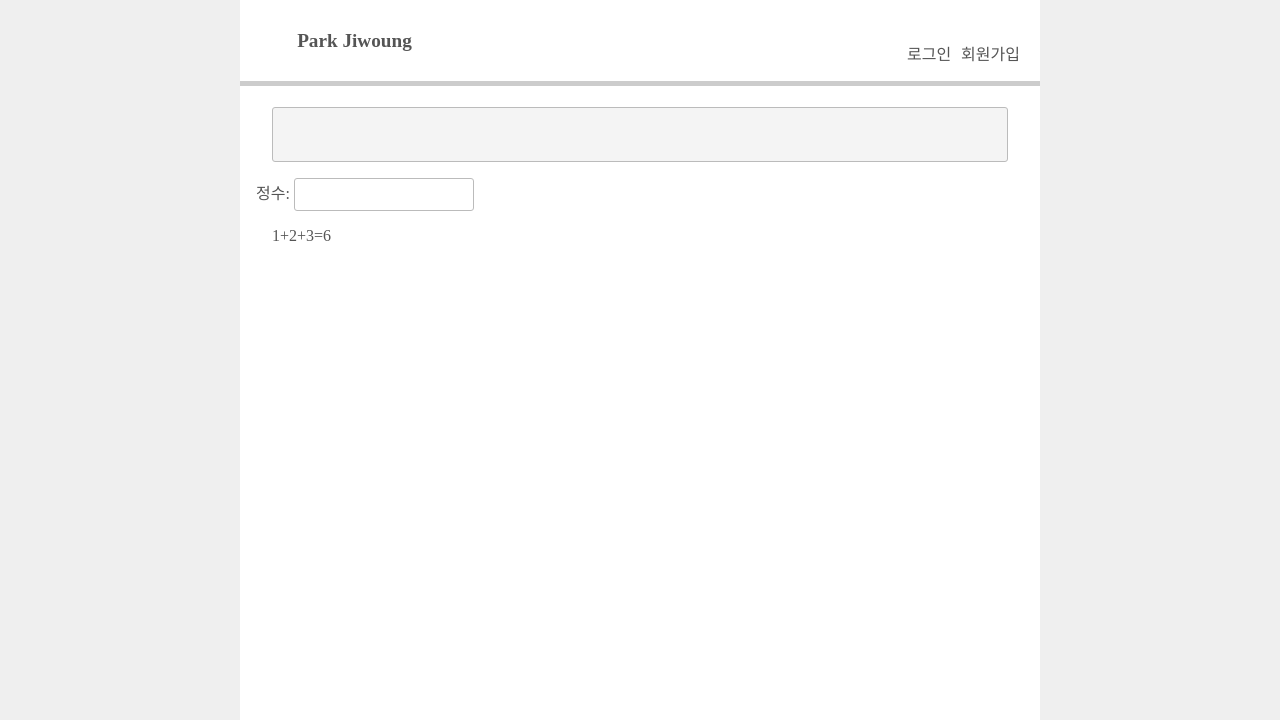
Repository: park-jiwoong/webClass
Page: http://localhost/jspPro/days01/ex03_04.jsp
These files come from the project's save history. The page is drawn as it stood at one moment and after the next save; the edit follows.
The browser window is 1280 px wide. The pictures show the whole page.
Some web fonts or font styles are not loaded; a fallback is used. The page is served by Tomcat 9. Other server files are loaded and not shown.

Above is the page before, as saved 2025-05-21 06:24:51.
Console error: SyntaxError: missing ) after argument list

### JSPClass/jspPro/src/main/webapp/days01/ex03_04.jsp
<%@ page contentType="text/html; charset=UTF-8" pageEncoding="UTF-8"%>
<!DOCTYPE html>
<html>
<head>
<meta charset="UTF-8">
<meta name="viewport" content="width=device-width, initial-scale=1.0">
<link rel="shortcut icon" type="image/x-icon" href="http://localhost/jspPro/images/SiSt.ico">
<title>2025. 5. 21. 오전 10:31:44</title>
<script src="https://ajax.googleapis.com/ajax/libs/jquery/3.7.1/jquery.min.js"></script>
<link rel="stylesheet" href="http://localhost/jspPro/resources/cdn-main/example.css">
<script src="http://localhost/jspPro/resources/cdn-main/example.js"></script>
	<style>
 	span.material-symbols-outlined{
    vertical-align: text-bottom;
 	}
	</style>
</head>
<body>
<header>
    <h1 class="main"><a href="#" style="position: absolute;top:30px;">Park Jiwoung</a></h1>
    <ul>
        <li><a href="#">로그인</a></li>
        <li><a href="#">회원가입</a></li>
    </ul>
</header>
<div>
    <xmp class="code">
    </xmp>

    정수: <input type="text" id="num" autofocus="autofocus">
    <br>
    <p id="demo">1+2+3=6</p>
</div>
    <script type="text/javascript">
    	//on(), one(), off()
    	$("#num")
    		.css("text-align", "center")
    		.on(
    				"keydown":function(e){}
    	"keyup":function(e){}
    		);


    </script>
</body>
</html>

### JSPClass/jspPro/src/main/webapp/resources/cdn-main/example.css
@charset "UTF-8";

@import url('https://fonts.googleapis.com/css2?family=Material+Symbols+Outlined:opsz,wght,FILL,GRAD@20..48,100..700,0..1,-50..200');

@font-face {
    font-family: 'GmarketSansMedium';
    src: url('https://cdn.jsdelivr.net/gh/projectnoonnu/noonfonts_2001@1.1/GmarketSansMedium.woff') format('woff');
    font-weight: normal;
    font-style: normal;
}

:root {
	--text-color: #555;
	--sub-text-color: #777;
	--back-color: #EFEFEF;
	--header-color: #444;
	--primary-color: #DEDEDE;
	--secondary-color: #EFEFEF;
	--default-width: 800px;
	--narrow-width: 500px;
	--wide-width: 1200px;
	--text-font: 'GmarketSansMedium';
	--icon-font: 'Material Symbols Outlined';
	--border-color: #CCC;
}

html, body {
	margin: 0;
	padding: 0;
}

html {
	background-color: var(--back-color);
	display: flex;
	justify-content: center;
	min-height: 100vh;
}

body, body.default {
	width: var(--default-width);
	background-color: white;
	padding-bottom: 120px;
}

body.wide {
	width: var(--wide-width);
}

body.narrow {
	width: var(--narrow-width);
}



body, p, div, span, a, input, select, option, textarea, button, table, th, td, label, fieldset, legend {
	font-family: var(--text-font);
	color: var(--text-color);
}

h1, h2, h3 {
	font-family: var(--text-font);
	color: var(--header-color);
	padding: 0 1rem;
	padding-top: .5rem;
}

div > h1, div > h2, div > h3 {
	padding: 0;
}

body > div, body > main > div {
	padding: 0.3rem 1rem;
}


h1 { font-size: 2rem; border-bottom: 1px solid var(--border-color); }
h1 small { font-size: 1.2rem; color: var(--sub-text-color); }
h2 { font-size: 1.5rem; border-bottom: 1px dashed var(--border-color); }
h2 small { font-size: 1.1rem; color: --sub-text-color; }
h3 { font-size: 1.2rem; }
h3 small { font-size: 1rem; color: --sub-text-color; }



h1.main::before {
	font-family: var(--icon-font);
  	content: '\e666';
  	margin-right: 10px;
  	float: left;
	font-size: 2.5rem;
}

h1.sub::before {
	font-family: var(--icon-font);
  	content: '\ea19';
  	margin-right: 10px;
  	float: left;
	font-size: 2.5rem;
}


h1.page::before {
	font-family: var(--icon-font);
  	content: '\e0e0';
  	margin-right: 10px;
  	float: left;
	font-size: 2.5rem;
}

body > header > ul > li > .active{
	background-color: #FFF;
	color:#F00;
}

body > header {
	display: flex;
	justify-content: space-between;
	border-bottom: 5px solid var(--border-color);
	min-height: 74px;
	background-color: #FFF;
}

body > header.sticky {
	position: sticky;
	top: 0;
	z-index: 98;
}

body > header > h1 {
	font-size: 1.2rem;
	border: 0;
}

body > header.in > h1::before {
	font-family: var(--icon-font);
  	content: '\e332‥';
  	margin-right: 3px;
  	float: left;
	font-size: 2rem;
}


body > header > ul {
	list-style-type: none;
	display: flex;
	align-items: flex-end;
	margin-right: 10px;
}

body > header > ul > li {
	margin-right: 10px;
	cursor: pointer;
}

body > header > ul > li > a {
	cursor: pointer;
}


form {
	display: block;
}

form > div {
	padding: 0.3rem 1rem;
}

div > form > div {
	padding: 0.3rem 0;
}

input, textarea, button, select {
	border: 1px solid #BBB;
	border-radius: 3px;
	outline: none;
	resize: none;
	padding: 7px;
	margin: 0;
}

input[type=text]:read-only, textarea:read-only {
	cursor: not-allowed;
	background-color: #FFF;
}

input[type=text]:disabled, textarea:disabled {
	cursor: not-allowed;
	background-color: #EEE;
}

input[type=text], input[type=password], textarea, button, select {
	/* width: 300px; */
}

textarea {
	display: block;
	height: 100px;
}

input[type=button], input[type=submit], button {
	/* width: inherit; */
}

input.short, textarea.short, button.short, select.short {
	width: 100px;
}

input.long, textarea.long, button.long, select.long {
	width: 350px;
}

.narrow input.long, .narrow textarea.long, .narrow button.long, .narrow select.long {
	width: calc(100% - 20px);
}

input.full, textarea.full, button.full, select.full {
	width: calc(100% - 20px);
}

textarea.short {
	height: 50px;
}

textarea.long {
	height: 100px;
}

textarea.full {
	height: 200px;
}

input, textarea {
	padding-top: 8px;
}

input[type=button], input[type=submit], button {
	padding: 5px 10px;
	background-color: var(--secondary-color);
	cursor: pointer;
	min-height: 36px;
}

input[type=button].primary, input[type=submit].primary, button.primary {
	/* background-color: rgba(100, 149, 237, .2); */
	background-color: var(--primary-color);
}

input[type=button].primary:hover, input[type=submit].primary:hover, button.primary:hover {
	/* background-color: rgba(100, 149, 237, .3); */
	background-color: var(--secondary-color);
}

input[type=button]:hover, input[type=submit]:hover, button:hover {
	background-color: var(--primary-color);
}

button {
	position: relative;
	left: 0;
	top: 0;
	padding-left: 35px;
}

button .material-symbols-outlined {
	position: absolute;
	left: 10px;
	top: 4px;
}

/* k2nik add */
button.login::before {
	font-family: var(--icon-font);
  	content: '\ea77';
	position: absolute;
	left: 11px;
	top: 4px;
	font-size: 1.25rem;
}

/* k2nik logout */
button.logout::before {
	font-family: var(--icon-font);
  	content: '\e9ba';
	position: absolute;
	left: 11px;
	top: 4px;
	font-size: 1.25rem;
}

/* k2nik help */
button.help::before {
	font-family: var(--icon-font);
  	content: '\f1c0';
	position: absolute;
	left: 11px;
	top: 4px;
	font-size: 1.25rem;
}

button.add::before{
	font-family: var(--icon-font);
  	content: '\e746';
	position: absolute;
	left: 11px;
	top: 4px;
	font-size: 1.25rem;
}

button.back::before {
	font-family: var(--icon-font);
  	content: '\e166';
	position: absolute;
	left: 11px;
	top: 4px;
	font-size: 1.25rem;
}

button.list::before {
	font-family: var(--icon-font);
  	content: '\e0ee';
	position: absolute;
	left: 11px;
	top: 4px;
	font-size: 1.25rem;
}


button.del::before {
	font-family: var(--icon-font);
  	content: '\e872';
	position: absolute;
	left: 11px;
	top: 4px;
	font-size: 1.25rem;
}

button.alldel::before {
	font-family: var(--icon-font);
  	content: '\e92b';
	position: absolute;
	left: 11px;
	top: 4px;
	font-size: 1.25rem;
}


button.edit::before {
	font-family: var(--icon-font);
  	content: '\e745';
	position: absolute;
	left: 11px;
	top: 4px;
	font-size: 1.25rem;
}


button.login::before {
	font-family: var(--icon-font);
  	content: '\ea77';
	position: absolute;
	left: 11px;
	top: 4px;
	font-size: 1.25rem;
}


button.logout::before {
	font-family: var(--icon-font);
  	content: '\e9ba';
	position: absolute;
	left: 11px;
	top: 4px;
	font-size: 1.25rem;
}


button.in::before {
	font-family: var(--icon-font);
  	content: '\f71a';
	position: absolute;
	left: 11px;
	top: 4px;
	font-size: 1.25rem;
}


button.out::before {
	font-family: var(--icon-font);
  	content: '\f70e';
	position: absolute;
	left: 11px;
	top: 4px;
	font-size: 1.25rem;
}


button.reply::before {
	font-family: var(--icon-font);
  	content: '\e15e';
	position: absolute;
	left: 11px;
	top: 4px;
	font-size: 1.25rem;
}


button.comment::before {
	font-family: var(--icon-font);
  	content: '\e0b9';
	position: absolute;
	left: 11px;
	top: 4px;
	font-size: 1.25rem;
}


button.modal::before {
	font-family: var(--icon-font);
  	content: '\e89e';
	position: absolute;
	left: 11px;
	top: 4px;
	font-size: 1.25rem;
}


button.ok::before {
	font-family: var(--icon-font);
  	content: '\e86c';
	position: absolute;
	left: 11px;
	top: 4px;
	font-size: 1.25rem;
}


button.cancel::before {
	font-family: var(--icon-font);
  	content: '\e5c9';
	position: absolute;
	left: 11px;
	top: 4px;
	font-size: 1.25rem;
}

button.search::before {
	font-family: var(--icon-font);
  	content: '\e8b6';
	position: absolute;
	left: 11px;
	top: 4px;
	font-size: 1.25rem;
}

button.home::before {
	font-family: var(--icon-font);
  	content: '\e88a';
	position: absolute;
	left: 11px;
	top: 4px;
	font-size: 1.25rem;
}


button.sidebar::before {
	font-family: var(--icon-font);
  	content: '\f7e4';
	position: absolute;
	left: 11px;
	top: 4px;
	font-size: 1.25rem;
}


button.sidebar-right::before {
	font-family: var(--icon-font);
  	content: '\f7e5';
	position: absolute;
	left: 11px;
	top: 4px;
	font-size: 1.25rem;
}




button::before {
	font-family: var(--icon-font);
  	content: '\e323';
	position: absolute;
	left: 11px;
	top: 4px;
	font-size: 1.25rem;
}


table {
	border-collapse: collapse;
	margin: 1rem;
	box-sizing: border-box;
	width: calc(100% - 32px);
}

table.content {
	width: auto;
}

div > table {
	margin: 0;
}

table th, table td {
	border: 1px solid var(--border-color);
	padding: 7px;
	font-weight: normal;
}

table th {
	background-color: var(--back-color);
}

table.vertical th {
	width: 150px;
}

table.vertical td {
	width: calc(100% - 182px);
	padding-left: 10px;
}

table.content td, table.content th {
	width: auto;
}

body.narrow table.vertical th {
	width: 100px;
}

body.narrow table.vertical td {
	width: calc(100% - 182px);
}


table + table {
	margin-top: 30px;
}


p {
	padding: 0 1rem;
}

a {
	text-decoration: none;
}

a:hover {
	color: rgba(255, 99, 71, .7);
}

hr {
	border: 0;
	border-top: 1px solid var(--border-color);
	margin: 2rem 0;
}

.message {
	border: 1px solid var(--border-color);
	background-color: #EFEFEF;
	margin: 1rem;
	width: auto;
	padding-top: 10px;
	padding-bottom: 10px;
	font-size: 14px;
}

.message[title]::before {
	content: attr(title);
	display: block;
	border-bottom: 1px solid var(--border-color);
	padding-bottom: 5px;
	margin-bottom: 10px;
	margin-top: 7px;
}

.message.short {
	max-width: 250px;
}

.message.long {
	max-width: 500px;
}

.badge {
	float: right;
	font-size: .8rem;
	margin-top: 2px;
	margin-right: 2px;
	text-shadow: 0 0 7px gray;
}

.badge.left {
	float: none;
	margin-left: 2px;
}

.badge.right {
	float: right;
}

.badge.red {
	border-radius: 50%;
	padding: 2px 5px;
	background-color: rgb(255, 99, 71, .3);
}

.badge.yellow {

	border-radius: 50%;
	padding: 2px 5px;
	background-color: rgb(255, 215, 0, .5);
}

.badge.blue {
	border-radius: 50%;
	padding: 2px 5px;
	background-color: rgb(100, 149, 237, .3);
}

label + label {
	margin-left: 7px;
}

label input[type=checkbox], label input[type=radio] {
	transform: translate(0, 1px);
}

.group {
	display: flex;
}

.modal-content .group {
	margin-bottom: .5rem;
}

.group label {
	border: 1px solid #BBB;
	border-radius: 3px;
	outline: none;
	resize: none;
	padding: 7px 14px;
	margin: 0;
	border-top-right-radius: 0;
	border-bottom-right-radius: 0;
	background-color: #EFEFEF;
	white-space: nowrap;
	font-size: 14px;
}

.group input[type=text] {
	margin-left: -1px;
	border-top-left-radius: 0;
	border-bottom-left-radius: 0;
}

.group select {
	margin-left: -1px;
	border-top-left-radius: 0;
	border-bottom-left-radius: 0;
}

.group input.full[type=text] {
	margin-left: -1px;
	border-top-left-radius: 0;
	border-bottom-left-radius: 0;
	width: 100%;
}

.group input[type=button]:first-child, .group button:first-child {
	border-top-left-radius: 3px;
	border-bottom-left-radius: 3px;
	margin-left: 0px;
}

.group input[type=button], .group button {
	border-radius: 0;
	margin-left: -1px;
}

.group input[type=button]:last-child, .group button:last-child {
	margin-left: -1px;
	border-top-right-radius: 3px;
	border-bottom-right-radius: 3px;
}

.seperate {
	display: flex;
	justify-content: space-between;
}

div.list {
	width: max-content;
	margin: 1rem;
	border: 1px solid #BBB;
	border-radius: 3px;
	padding: 0;
}

div.list.full {
	width: auto;
	display: block;
	margin: 1rem;
	border: 1px solid #BBB;
	border-radius: 3px;
	padding: 0;
}

div.list > div {
	padding: .5rem 1rem;
	margin: 0;
	border-bottom: 1px solid #BBB;
}

div.list > div:last-child {
	border-bottom: 0;
}

pre.code , xmp.code{
	font-family: consols;
	background-color: rgba(150, 150, 150, .1);
	border: 1px solid #BBB;
	border-radius: 3px;
	padding: .5rem 1rem;
	padding-bottom: .6rem;
	margin: 1rem;
}




*[data-modal-window] {
	position: fixed;
	background-color: rgba(0, 0, 0, .3);
	left: 0;
	top: 0;
	display: none;
	justify-content: center;
	align-items: flex-start;
	width: 100%;
	min-height: 100vh;
	z-index: 100;
	opacity: 0;
	transition: 500ms all;
}

*[data-modal-window] .modal-container {
	border-radius: 5px;
	padding: 1rem;
	padding-bottom: .5rem;
	margin-top: -500px;
	opacity: 0;
	width: 500px;
	background-color: #FFF;
	margin-right: 2rem;
	transition: 500ms all;
}

*[data-modal-size=content] .modal-container {
	width: auto;
}

*[data-modal-size=narrow] .modal-container {
	width: 300px;
}

*[data-modal-size=wide] .modal-container {
	width: 760px;
}


*[data-modal-window] .modal-header {
	border-bottom: 1px solid var(--border-color);
	padding: 2px 5px;
}

*[data-modal-window] .modal-content {
	padding: 1rem 5px;
}

*[data-modal-window] .modal-content div:last-child {
	margin-top: 1rem;
	text-align: right;
}



*[data-sidebar-window] {
	position: fixed;
	background-color: #FFF;
	left: 0;
	top: 0;
	display: block;
	width: 300px;
	border-right: 1px solid var(--border-color);
	box-sizing: border-box;
	box-shadow: 0 0 3px var(--back-color);
	min-height: 100vh;
	z-index: 99;
	transform: translate(-300px, 0);
	transition-duration: 500ms;
	transition-property: transform;
}

*[data-sidebar-direction=right] {
	left: auto;
	right: 0;
	transform: translate(300px, 0);
	border-left: 1px solid var(--border-color);
}

*[data-sidebar-size=wide] {
	width: 500px;
	transform: translate(-500px, 0);
}

*[data-sidebar-window] .sidebar-title {
	border-bottom: 1px solid var(--border-color);
	margin-top: 20px;
	margin-bottom: 20px;
	padding-bottom: 5px;
	display: flex;
	justify-content: space-between;
}

*[data-sidebar-window] .sidebar-title span:last-child {
	cursor: pointer;
}


/* K2Nik pagination */
.center {
  text-align: center;
}

.pagination {
  display: inline-block;
}

.pagination a {
  color: black;
  float: left;
  padding: 3px 6px;
  text-decoration: none;
  transition: background-color .3s;
  border: 1px solid #ddd;
  margin: 0 3px;
}

.pagination a.active {
  background-color: #4CAF50;
  color: white;
  border: 1px solid #4CAF50;
}

.pagination a:hover:not(.active) {background-color: #ddd;}

Loaded but not shown: JSPClass/jspPro/src/main/webapp/resources/cdn-main/example.js (141 lines, source omitted)

After the next save:
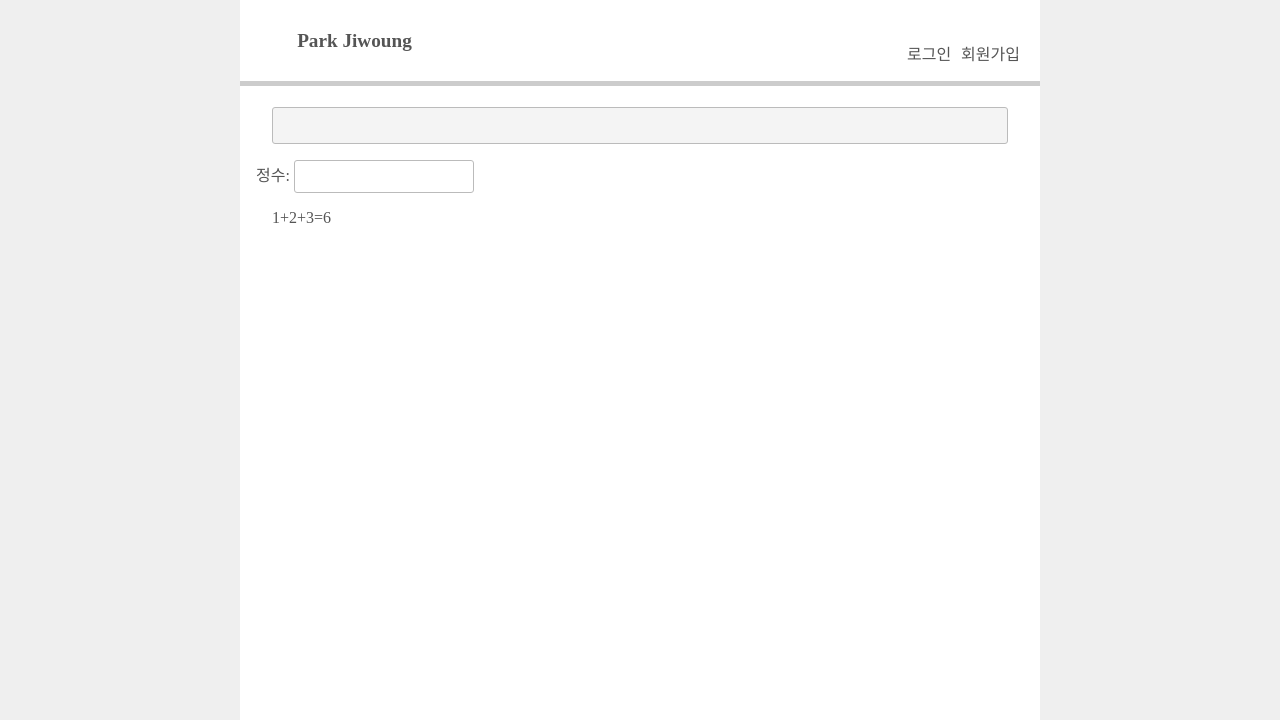
Saved 7 s later.
--- a/JSPClass/jspPro/src/main/webapp/days01/ex03_04.jsp
+++ b/JSPClass/jspPro/src/main/webapp/days01/ex03_04.jsp
@@ -4,34 +4,37 @@
 <head>
 <meta charset="UTF-8">
 <meta name="viewport" content="width=device-width, initial-scale=1.0">
-<link rel="shortcut icon" type="image/x-icon" href="http://localhost/jspPro/images/SiSt.ico">
+<link rel="shortcut icon" type="image/x-icon"
+	href="http://localhost/jspPro/images/SiSt.ico">
 <title>2025. 5. 21. 오전 10:31:44</title>
-<script src="https://ajax.googleapis.com/ajax/libs/jquery/3.7.1/jquery.min.js"></script>
-<link rel="stylesheet" href="http://localhost/jspPro/resources/cdn-main/example.css">
+<script
+	src="https://ajax.googleapis.com/ajax/libs/jquery/3.7.1/jquery.min.js"></script>
+<link rel="stylesheet"
+	href="http://localhost/jspPro/resources/cdn-main/example.css">
 <script src="http://localhost/jspPro/resources/cdn-main/example.js"></script>
-	<style>
- 	span.material-symbols-outlined{
-    vertical-align: text-bottom;
- 	}
-	</style>
+<style>
+span.material-symbols-outlined {
+	vertical-align: text-bottom;
+}
+</style>
 </head>
 <body>
-<header>
-    <h1 class="main"><a href="#" style="position: absolute;top:30px;">Park Jiwoung</a></h1>
-    <ul>
-        <li><a href="#">로그인</a></li>
-        <li><a href="#">회원가입</a></li>
-    </ul>
-</header>
-<div>
-    <xmp class="code">
-    </xmp>
+	<header>
+		<h1 class="main">
+			<a href="#" style="position: absolute; top: 30px;">Park Jiwoung</a>
+		</h1>
+		<ul>
+			<li><a href="#">로그인</a></li>
+			<li><a href="#">회원가입</a></li>
+		</ul>
+	</header>
+	<div>
+		<xmp class="code"> </xmp>
 
-    정수: <input type="text" id="num" autofocus="autofocus">
-    <br>
-    <p id="demo">1+2+3=6</p>
-</div>
-    <script type="text/javascript">
+		정수: <input type="text" id="num" autofocus="autofocus"> <br>
+		<p id="demo">1+2+3=6</p>
+	</div>
+	<script type="text/javascript">
     	//on(), one(), off()
     	$("#num")
     		.css("text-align", "center")

After the save that followed:
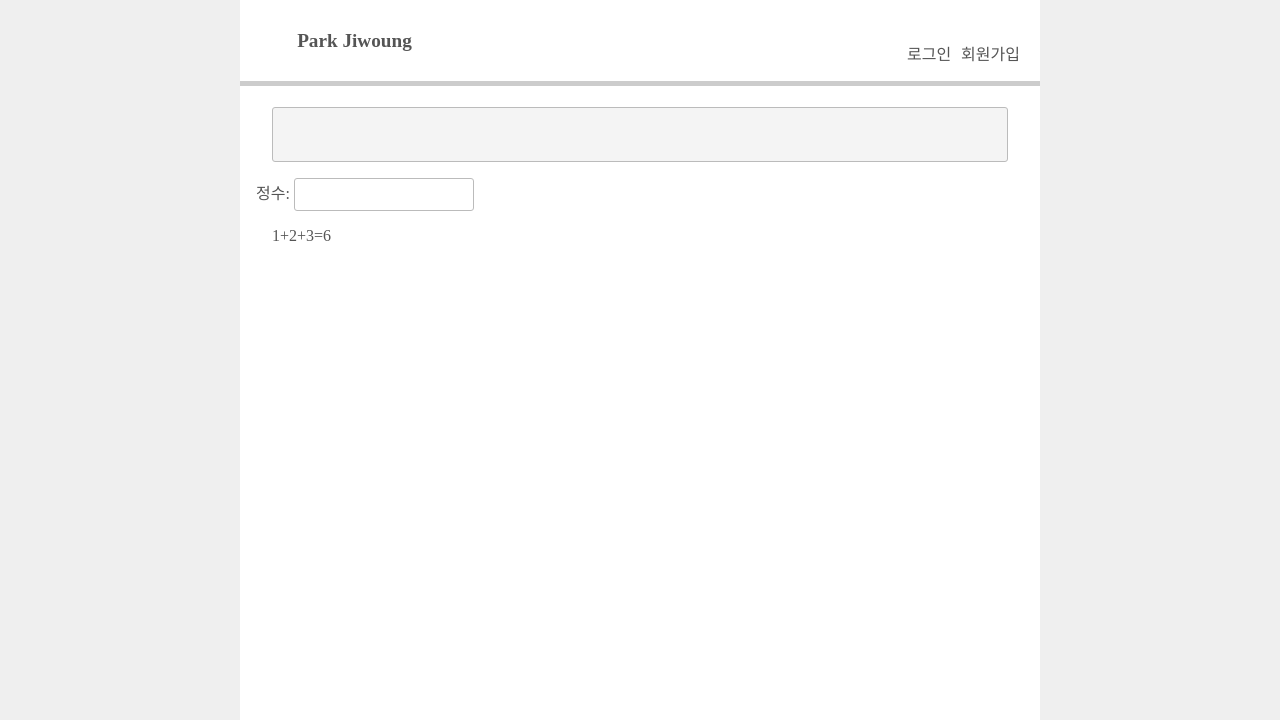
Saved 5 s later.
--- a/JSPClass/jspPro/src/main/webapp/days01/ex03_04.jsp
+++ b/JSPClass/jspPro/src/main/webapp/days01/ex03_04.jsp
@@ -4,43 +4,40 @@
 <head>
 <meta charset="UTF-8">
 <meta name="viewport" content="width=device-width, initial-scale=1.0">
-<link rel="shortcut icon" type="image/x-icon"
-	href="http://localhost/jspPro/images/SiSt.ico">
+<link rel="shortcut icon" type="image/x-icon" href="http://localhost/jspPro/images/SiSt.ico">
 <title>2025. 5. 21. 오전 10:31:44</title>
-<script
-	src="https://ajax.googleapis.com/ajax/libs/jquery/3.7.1/jquery.min.js"></script>
-<link rel="stylesheet"
-	href="http://localhost/jspPro/resources/cdn-main/example.css">
+<script src="https://ajax.googleapis.com/ajax/libs/jquery/3.7.1/jquery.min.js"></script>
+<link rel="stylesheet" href="http://localhost/jspPro/resources/cdn-main/example.css">
 <script src="http://localhost/jspPro/resources/cdn-main/example.js"></script>
-<style>
-span.material-symbols-outlined {
-	vertical-align: text-bottom;
-}
-</style>
+	<style>
+ 	span.material-symbols-outlined{
+    vertical-align: text-bottom;
+ 	}
+	</style>
 </head>
 <body>
-	<header>
-		<h1 class="main">
-			<a href="#" style="position: absolute; top: 30px;">Park Jiwoung</a>
-		</h1>
-		<ul>
-			<li><a href="#">로그인</a></li>
-			<li><a href="#">회원가입</a></li>
-		</ul>
-	</header>
-	<div>
-		<xmp class="code"> </xmp>
+<header>
+    <h1 class="main"><a href="#" style="position: absolute;top:30px;">Park Jiwoung</a></h1>
+    <ul>
+        <li><a href="#">로그인</a></li>
+        <li><a href="#">회원가입</a></li>
+    </ul>
+</header>
+<div>
+    <xmp class="code">
+    </xmp>
 
-		정수: <input type="text" id="num" autofocus="autofocus"> <br>
-		<p id="demo">1+2+3=6</p>
-	</div>
-	<script type="text/javascript">
+    정수: <input type="text" id="num" autofocus="autofocus">
+    <br>
+    <p id="demo">1+2+3=6</p>
+</div>
+    <script type="text/javascript">
     	//on(), one(), off()
     	$("#num")
     		.css("text-align", "center")
     		.on(
     				"keydown":function(e){}
-    	"keyup":function(e){}
+    				"keyup":function(e){}
     		);
 
 
